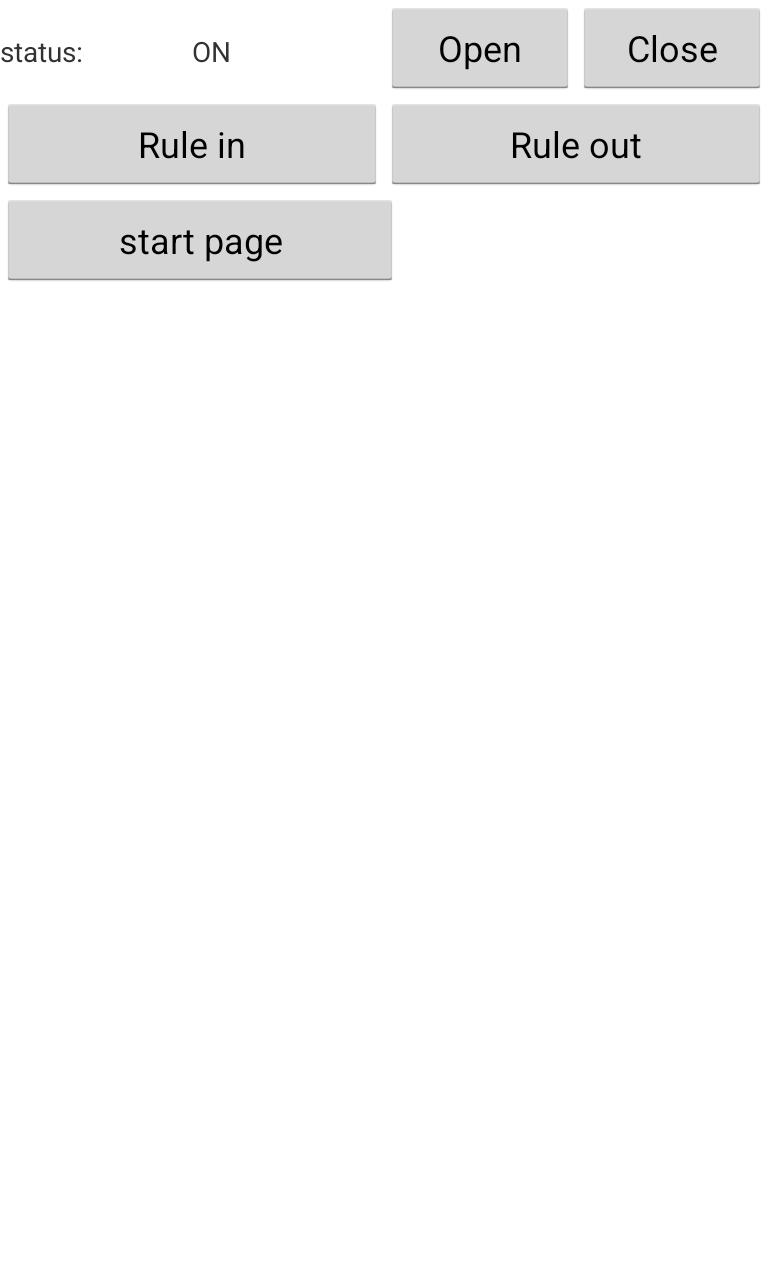
Repository: dthas/d_firewall_c
Layout: src/main/android/eclipse_project/dfirewall/res/layout/activity_main.xml
These files come from the project's save history. The layout is drawn as it stood at one moment and after the next save; the edit follows.
It is drawn on a 768 x 1280 px phone screen (xhdpi) without system bars, with theme AppTheme; the app's code is not run.

Above is the layout before, as saved 2017-02-05 04:33:06.

### src/main/android/eclipse_project/dfirewall/res/layout/activity_main.xml
<LinearLayout xmlns:android="http://schemas.android.com/apk/res/android"
android:layout_width="fill_parent"
android:layout_height="wrap_content"
android:orientation="vertical" >

    <LinearLayout
        android:layout_width="fill_parent"
		android:layout_height="wrap_content"
		android:orientation="horizontal" >

	        <TextView
				android:id="@+id/text_view_1"
				android:layout_width="fill_parent"
				android:layout_height="wrap_content"
				android:layout_weight="1"
				android:text="status:" />

	        <TextView
				android:id="@+id/text_view_2"
				android:layout_width="fill_parent"
				android:layout_height="wrap_content"
				android:layout_weight="1"
				android:text="ON" />

	        <Button
			android:id="@+id/button_1"
			android:layout_width="fill_parent"
			android:layout_height="wrap_content"
			android:layout_weight="1"
			android:text="Open" />

			<Button
			android:id="@+id/button_2"
			android:layout_width="fill_parent"
			android:layout_height="wrap_content"
			android:layout_weight="1"
			android:text="Close" />
	</LinearLayout>



    <LinearLayout
       	android:layout_width="fill_parent"
		android:layout_height="wrap_content"
		android:orientation="horizontal" >

			<Button
			android:id="@+id/button_3"
			android:layout_width="fill_parent"
			android:layout_height="wrap_content"
			android:layout_weight="1"
			android:text="Rule in" />

			<Button
			android:id="@+id/button_4"
			android:layout_width="fill_parent"
			android:layout_height="wrap_content"
			android:layout_weight="1"
			android:text="Rule out" />

	</LinearLayout>



    <LinearLayout
       	android:layout_width="wrap_content"
		android:layout_height="wrap_content"
		android:orientation="horizontal" >

			<Button
			android:id="@+id/button_5"
			android:layout_width="200dp"
			android:layout_height="wrap_content"
			android:layout_weight="1"
			android:text="start page" />



	</LinearLayout>

</LinearLayout>

Loaded but not shown: src/main/android/eclipse_project/dfirewall/res/values/styles.xml (common file); src/main/android/eclipse_project/dfirewall/res/values-v11/styles.xml (common file); src/main/android/eclipse_project/dfirewall/res/values-v14/styles.xml (common file)

After the next save:
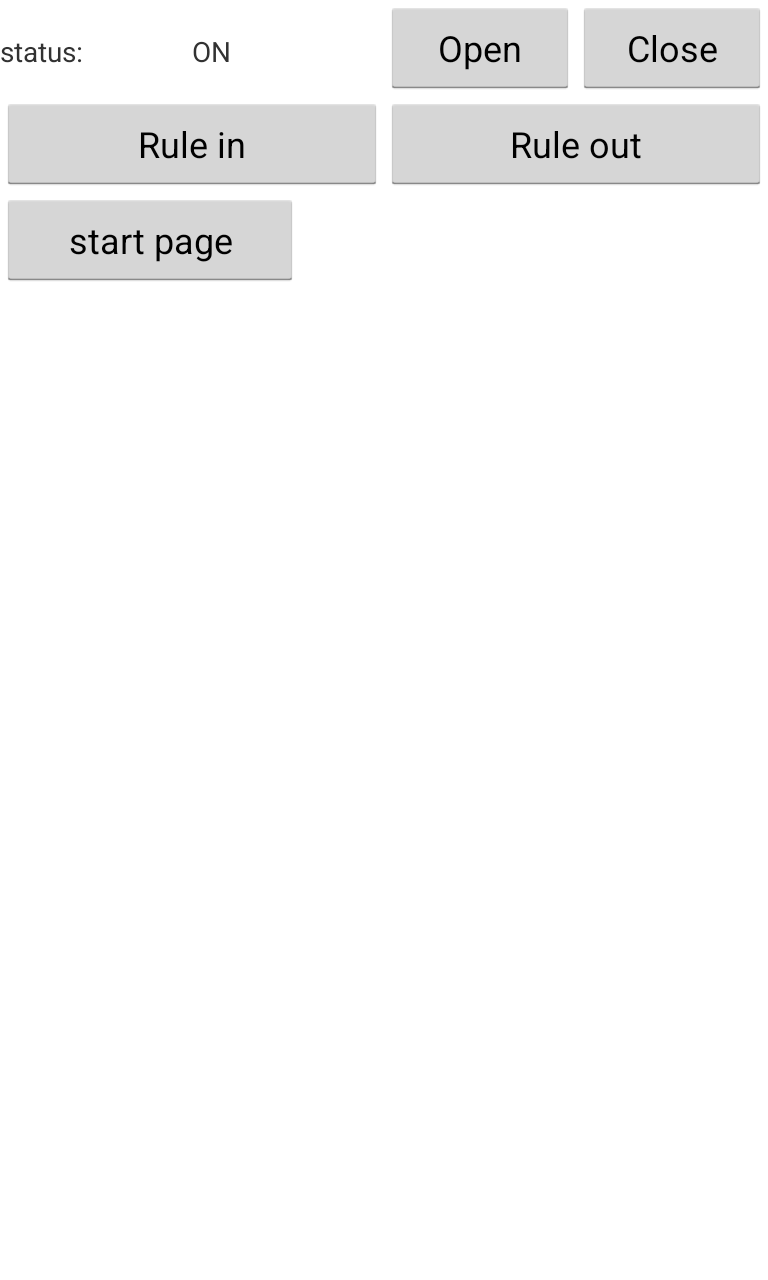
Saved 44 s later.
--- a/src/main/android/eclipse_project/dfirewall/res/layout/activity_main.xml
+++ b/src/main/android/eclipse_project/dfirewall/res/layout/activity_main.xml
@@ -69,7 +69,7 @@ android:orientation="vertical" >
 
 			<Button
 			android:id="@+id/button_5"
-			android:layout_width="200dp"
+			android:layout_width="150dp"
 			android:layout_height="wrap_content"
 			android:layout_weight="1"
 			android:text="start page" />
